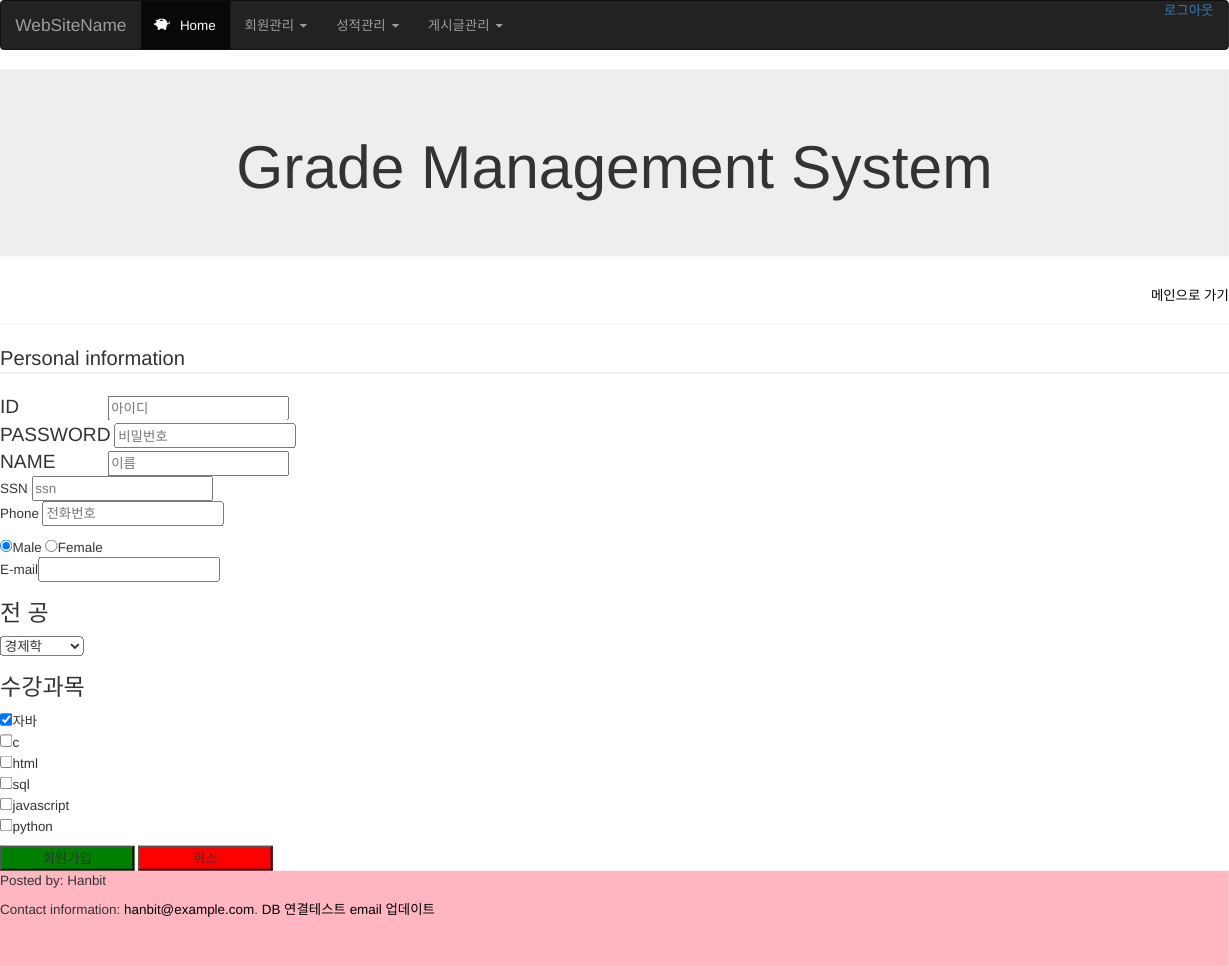
Repository: jeonghyunseok/GMSUI
Page: http://localhost/GMS2/WEB-INF/view/member/member_add.jsp
An editor plug-in stored every save of this project. The page is shown before and after the next save, followed by the edit.
The browser window is 1280 px wide. The pictures show the whole page, at 96% of full size.
Some web libraries are served in a nearby version. The page is served by Tomcat 9. Nobody is signed in. Other server files are loaded and not shown. The template is opened directly, without the code that normally fills it, so the values that code supplies are empty.

Above is the page before, as saved 2017-08-11 08:52:27.

### GMS2/WebContent/WEB-INF/view/member/member_add.jsp
<%@ page language="java" contentType="text/html; charset=UTF-8"
	pageEncoding="UTF-8"%>
	<jsp:include page="../common/common_head.jsp"/>
		<hr />
		<div id="container">
			<form id="join_form" action="${ctx}/member/service_add.jsp" method="get">
				<fieldset>
					<legend>Personal information</legend>
					<span id="join_id">ID</span>
					<input name="id" type="text" placeholder="아이디" /><br />
					<span id="join_pass">PASSWORD</span>
					<input name="password" type="password" placeholder="비밀번호" /><br />
					<span id="join_name">NAME</span>
					<input name="name" type="text" 	placeholder="이름" /><br />
					<span id="join_ssn">SSN</span>
					<input name="ssn" type="text" placeholder="ssn" /><br />
					<span id="join_phone">Phone</span>
					<input name="phone" type="text" placeholder="전화번호" /><br />
					<p></p>
					<input type="radio" name="gender" value="male" checked>Male
					<input type="radio" name="gender" value="female">Female <br />
					E-mail<input type="email" name="email" /> <br />
					<h3>전 공</h3>
					<select name="major_id">
						<option value="computer">컴퓨터공학</option>
						<option value="economics" selected>경제학</option>
						<option value="tourism">관광학</option>
						<option value="art">미술학</option>
					</select><br />
					<h3>수강과목</h3>
					<input type="checkbox" name="subject" value="java" checked />자바<br />
					<input type="checkbox" name="subject" value="c" />c <br /> <input
						type="checkbox" name="subject" value="html" />html<br /> <input
						type="checkbox" name="subject" value="sql" />sql<br /> <input
						type="checkbox" name="subject" value="javascript" />javascript<br />
					<input type="checkbox" name="subject" value="python" />python<br />
					<p></p>
					<input id="join_yes_btn" type="submit" value="회원가입">
					<input id="join_no_btn" type="reset" value="취소">
				</fieldset>
			</form>
		</div>
<jsp:include page="../common/footer.jsp"></jsp:include>

### GMS2/WebContent/WEB-INF/view/common/common_head.jsp
<%@ page language="java" contentType="text/html; charset=UTF-8" pageEncoding="UTF-8"%>

<!DOCTYPE html>
<html>
<head>
<meta charset="UTF-8" name="viewport"
	content="width=device-width, initial-scale=1.0">
<title>Student detail</title>

<link rel="stylesheet" href="${ctx}/resources/css/common.css" />
<link rel="stylesheet" href="${ctx}/resources/css/member.css" />
 <link rel="stylesheet" href="https://maxcdn.bootstrapcdn.com/bootstrap/3.3.7/css/bootstrap.min.css">

 <script src="https://ajax.googleapis.com/ajax/libs/jquery/3.2.0/jquery.min.js"></script>
 <script src="https://maxcdn.bootstrapcdn.com/bootstrap/3.3.7/js/bootstrap.min.js"></script>
</head>
<body>
	<div id="wrapper">
		<header>
	    <jsp:include page="navbar.jsp"></jsp:include>
		<div class="jumbotron text-center">
		<h1>Grade Management System</h1>
        </div>
		</header>
	<a id="go_main" href="/index.jsp">메인으로 가기</a><br />

### GMS2/WebContent/WEB-INF/view/common/navbar.jsp
<%@ page language="java" contentType="text/html; charset=UTF-8" pageEncoding="UTF-8"%>
<nav class="navbar navbar-inverse">
  <div class="container-fluid">
    <div class="navbar-header">
      <a class="navbar-brand" href="#">WebSiteName</a>
    </div>
  	  <ul class="nav navbar-nav">
  	   <li class="active"><a onclick="moveTo('common','main')"><span class="glyphicon glyphicon-piggy-bank"></span> &nbsp; Home</a></li>

		<li class="dropdown">
      <a href="#" class="dropdown-toggle"
      	data-toggle="dropdown" role="button"
      	aria-haspopup="true"
      	aria-expanded="false">회원관리 <span class="caret">
      	</span></a>
      	<ul class="dropdown-menu">
   		<li><a onclick="moveTo('member','member_add')">학생추가</a></li>
   		<li><a onclick="moveTo('member','member_list')">학생목록</a></li>
   		<li><a onclick="moveTo('member','member_search')">학생조회</a></li>
   		<li role="separator" class="divider"></li>
   		<li><a onclick="deleteTo('member')">학생삭제</a></li>
      	</ul>
      	</li>

      	<li class="dropdown">
      <a href="#" class="dropdown-toggle"
      	data-toggle="dropdown" role="button"
      	aria-haspopup="true"
      	aria-expanded="false">성적관리 <span class="caret">
      	</span></a>
      	<ul class="dropdown-menu">
   		<li><a onclick="moveTo('grade','grade_add')">성적추가</a></li>
   		<li><a onclick="moveTo('grade','grade_list')">성적목록</a></li>
   		<li><a onclick="moveTo('grade','grade_detail')">성적조회</a></li>
   		<li role="separator" class="divider"></li>
   		<li><a onclick="deleteTo('grade')">성적 삭제</a></li>
      	</ul>
      	</li>

      		<li class="dropdown">
      <a href="#" class="dropdown-toggle"
      	data-toggle="dropdown" role="button"
      	aria-haspopup="true"
      	aria-expanded="false">게시글관리 <span class="caret">
      	</span></a>
      	<ul class="dropdown-menu">
   		<li><a onclick="moveTo('board','board_add')">게시글추가</a></li>
   		<li><a onclick="moveTo('board','board_list')">게시글목록</a></li>
   		<li><a onclick="moveTo('board','board_update')">게시글조회</a></li>
   		<li role="separator" class="divider"></li>
   		<li><a onclick="deleteTo('board')">게시글 삭제</a></li>
      	</ul>
      	</li>
   	 </ul>
   		<span class="gms-float-right" style="color:white"> ${sessionScope.user.name} &nbsp;
   		 <a  id="logout" onclick="logout()">로그아웃</a></span>
	</div>
</nav>
	<script>
	function logout(){
		location.href="${ctx}/common.do?action=move&page=index";
		return true;}

		function moveTo(dir,page){
			location.href="${ctx}/"+dir+".do?action=move&page="+page;
			}

		function deleteTo(dir){
			prompt(dir+"의id");
		}
	</script>

### GMS2/WebContent/WEB-INF/view/common/footer.jsp
<%@ page language="java" contentType="text/html; charset=UTF-8" pageEncoding="UTF-8"%>
<!doctype html>
	<footer>
		<div>
				<p>Posted by: Hanbit</p>
				<p>
					Contact information: <a href="mailto:someone@example.com">
						hanbit@example.com</a>.
				<a href="../jdbctest.jsp">DB 연결테스트</a>
				<a href="../util/update_email.jsp">email 업데이트</a>
				</p>
	</div>
		</footer>
			</div>
					</body>
			</html>

### GMS2/WebContent/resources/css/common.css
@CHARSET "UTF-8";
html, body{height: 100%; margin: 0; padding: 0; border: 0;}
table{border-collapse:collapse;}
#wrapper{position: relative; min-height:100%;padding-bottom:100px;}
footer{position: absolute; bottom: 0; left: 0; width: 100%;  height: 100px;  background-color: lightpink;}
fotter div{width:80%;}
#go_main{float:right}
#container{width:100%; margin:0 auto; }
#text-cen{text-align: center}
#title{text-align:center; margin:0 auto;}
#text-cen{text-align:center;}
.gms-text-center{text-align:center;}
.gms-border-black{border: 1px solid black;}
.gms-width-30pro{width:30%;}
.gms-width-100pro{width:100%;}
.gms-text-deconone{text-decoration: none}
.gms-margine-auto{margin:0 auto}
.gms-list-none{list-style-type:none}
.gms-display-inline{display: inline-block;}
.gms-color-green{color:green}
.gms-backcolor-yellow{background-color:yellow}
.gms-color-blue{color:blue}
.gms-backcolor-red{background-color:#9afafa}
.gms-float-right{float:right}


/* unvisited link */
a:link { color: black;}
/* visited link */
a:visited {color: green;}
/* mouse over link */
a:hover {color: red;}
/* selected link */
a:active {color: blue;}

### GMS2/WebContent/resources/css/member.css
@CHARSET "UTF-8";
@IMPORT "common.css";
/*index.jsp*/
#index-tab{width:75%; margin:80px auto;width:80%;border:2px solid blue}
#index-tab-tr>td{border: 1px solid black; width:30%;padding:30px; text-align:center; text-decoration: none}
#index-tab-tr>th{border: 1px solid black; width:30%; text-align:center; text-decoration: none}
.index-ul{width: 200px;text-decoration: none;list-style-type:none}
.index-ul>li{border: 1px solid black;}
.index-ul>li>a{text-decoration: none; list-style-type:none}
#wrapper{width:100%;}
#index-h1{text-align:center; margin:0 auto;font-size:80px;}
/*login.jsp*/
#login_img{width: 200px;height: 200px; text-align:center;}
#login_id{font-size:20px;width:108px;display: inline-block;}
#login_pass{font-size:20px;display: inline-block;}
#login_botton{width: 150px; background-color:yellow;}
#cancel_botton{width: 150px; background-color:red;}
/*join.jsp*/
#join_id{font-size:20px;width:108px;display: inline-block;}
#join_pass{font-size:20px;display: inline-block;}
#join_name{font-size:20px;width:108px;display: inline-block;}
#join_birth{font-size:15px;width:60px;display: inline-block;}
#join_yes_btn{width:140px ; background-color:green;margin:0 auto;}
#join_no_btn{width:140px ; background-color:red;margin:0 auto;}
#join_form{margin:0 auto;}
/*login_list.jsp*/
#member_list_tab {width:60%;margin:0 auto;}
#member_list_tab th{border-bottom:2px solid black;height:40px;text-align:center;background-color:yellow;}
#member_list_tab td{border-bottom:2px solid black;height:40px;text-align:center;}
/*member_search*/
#member_search_box{width:300px;margin:0 auto;}
/*member_detail*/
#member_detail_tab {width: 60%;margin:0 auto;}
#member_detail_tab tr{border:2px solid black;height:40px;text-align:center;}
#member_detail_tab td{border:2px solid black;height:40px;text-align:center;}

After the next save:
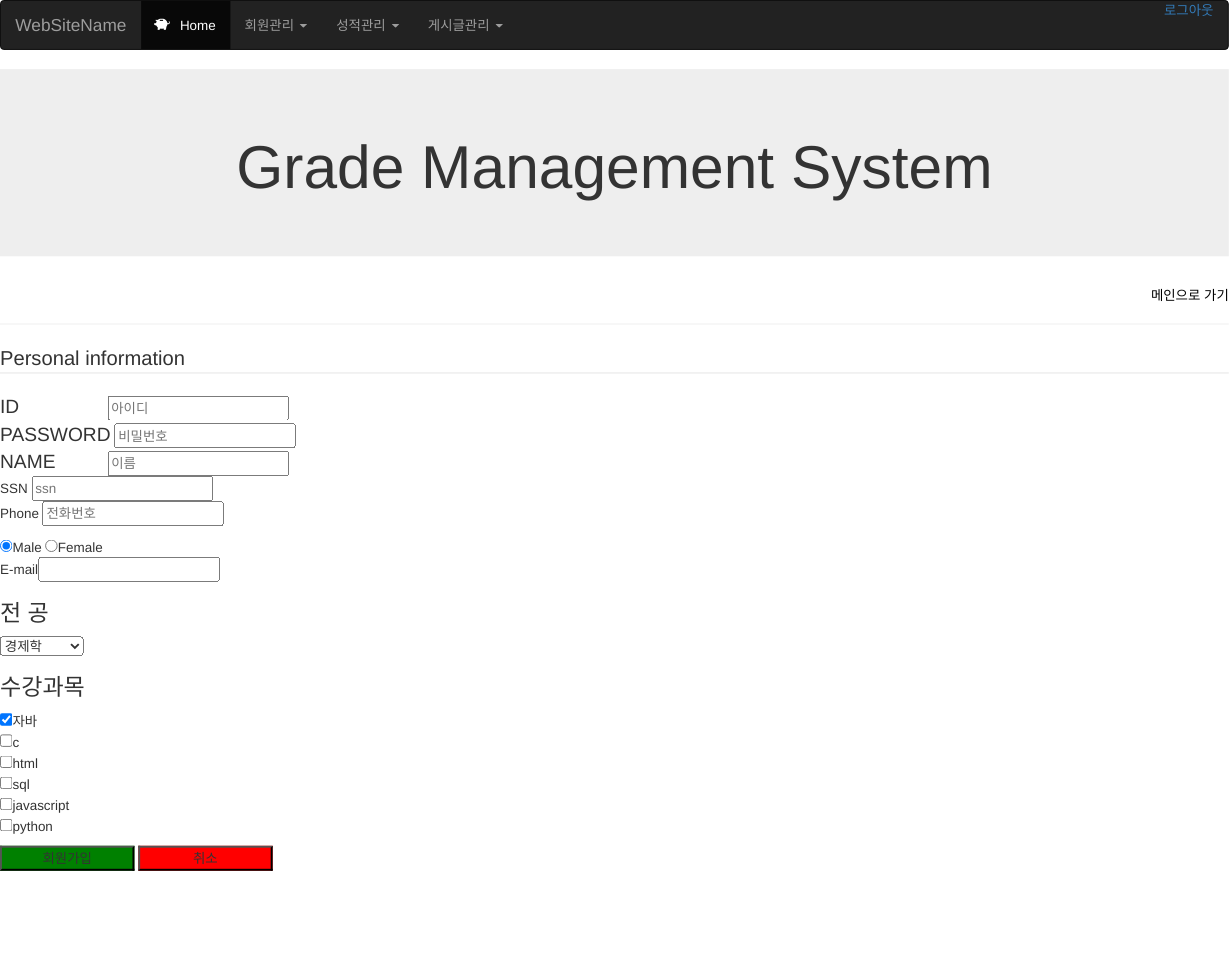
Saved 4 days later.
--- a/GMS2/WebContent/WEB-INF/view/member/member_add.jsp
+++ b/GMS2/WebContent/WEB-INF/view/member/member_add.jsp
@@ -40,4 +40,6 @@
 				</fieldset>
 			</form>
 		</div>
-<jsp:include page="../common/footer.jsp"></jsp:include>
+		<script>
+
+		</script>
